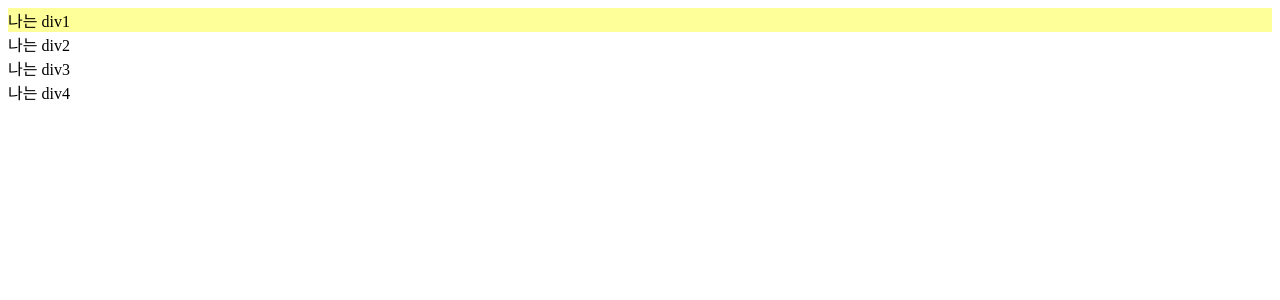
Repository: raccoon304/gugkbi_jsp
Page: HTML5/src/main/webapp/ch01_cssOrder/cssOrder.html
The author's editor kept a copy of each file at every save. The page is drawn from the files as they stood at one save, then again after the next save.
The browser window is 1280 px wide. The pictures show the whole page.

Above is the page before, as saved 2025-11-13 07:27:02.

### HTML5/src/main/webapp/ch01_cssOrder/cssOrder.html
<!DOCTYPE html>
<html>
<head>
<meta charset="UTF-8">
<title>CSS(Cascading Style Sheets)의 우선순위에 대해서 알아본다.</title>
</head>
<body>
	<!--  HTML 주석문  -->
	<div style ="board: solid 2px black; background-color: #ffff99">나는 div1</div>
	<div>나는 div2</div>
	<div>나는 div3</div>
	<div>나는 div4</div>
</body>
</html>

After the next save:
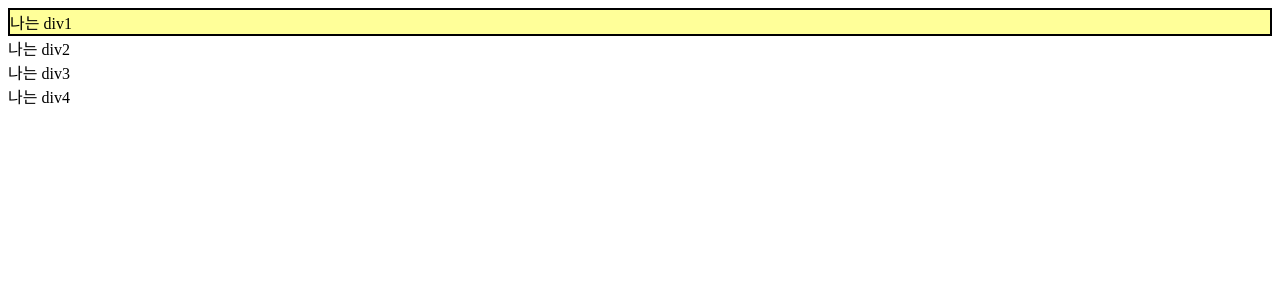
Saved 10 s later.
--- a/HTML5/src/main/webapp/ch01_cssOrder/cssOrder.html
+++ b/HTML5/src/main/webapp/ch01_cssOrder/cssOrder.html
@@ -6,7 +6,7 @@
 </head>
 <body>
 	<!--  HTML 주석문  -->
-	<div style ="board: solid 2px black; background-color: #ffff99">나는 div1</div>
+	<div style ="border: solid 2px black; background-color: #ffff99">나는 div1</div>
 	<div>나는 div2</div>
 	<div>나는 div3</div>
 	<div>나는 div4</div>
